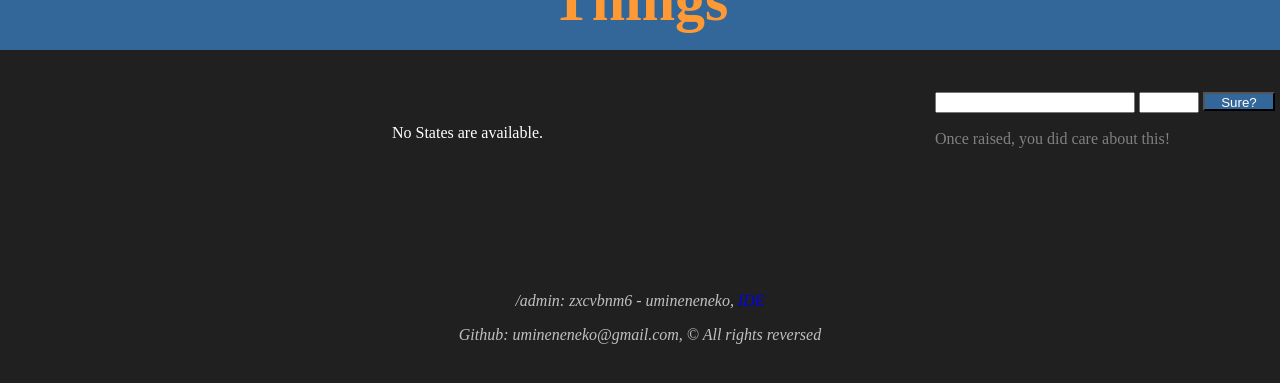
Repository: umineneneko/left-and-right
Page: states/templates/states/index.html
The author's editor kept a record of every edit. The page is drawn from the files as they stood at one moment, then again after the next edit.
The browser window is 1280 px wide. The pictures show the whole page.
The template is drawn by Django 2.2. The application's start-up code is not run. The template is opened directly, without the code that normally fills it, so the values that code supplies are empty.

Above is the page before.

After the next edit:
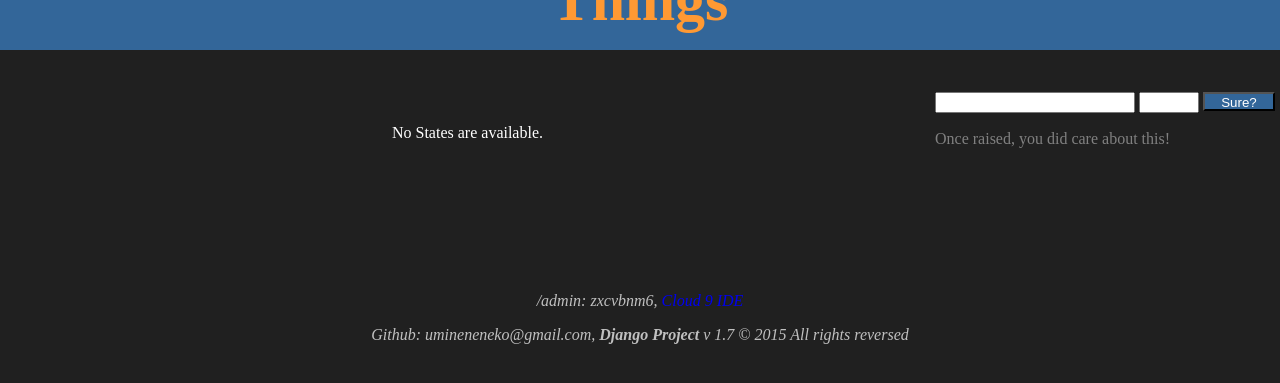
The edit:
--- a/states/templates/states/index.html
+++ b/states/templates/states/index.html
@@ -144,8 +144,8 @@
 
         <footer>
             <p></p>
-            <p>/admin:  zxcvbnm6 - umineneneko, <a href="https://ide.c9.io/umineneneko1/left_right">IDE</a></p>
-            <p>Github: umineneneko@gmail.com, © All rights reversed</p>
+            <p>/admin: zxcvbnm6, <a href="https://ide.c9.io/umineneneko1/left_right">Cloud 9 IDE</a></p>
+            <p>Github: umineneneko@gmail.com, <b>Django Project</b> v 1.7 © 2015 All rights reversed</p>
         </footer>
     </body>
 </html>
